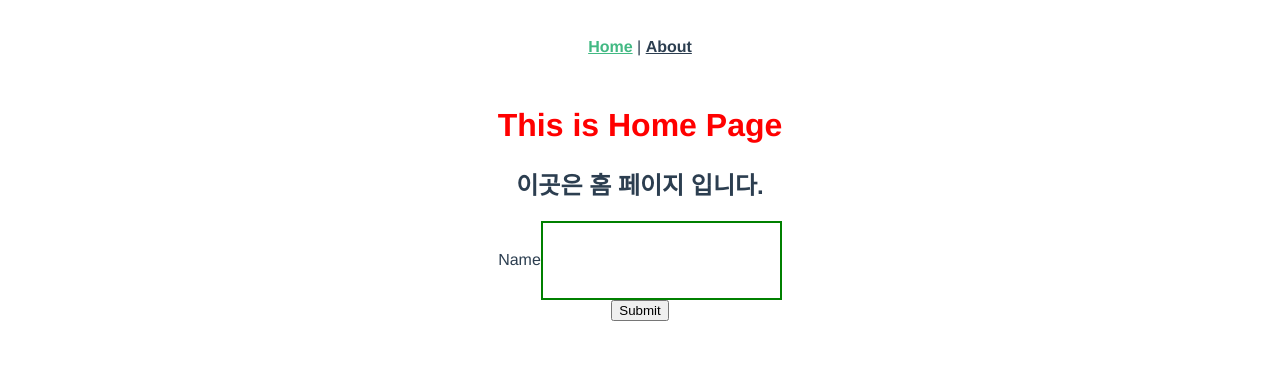
Repository: RyuGeunHwan/code_J
Page: / (app in vue-emit/)
An editor plug-in stored every save of this project. The page is shown before and after the next save, followed by the edit.
The browser window is 1280 px wide. The pictures show the whole page.
The project was rebuilt for these pictures with package versions that can differ from the ones it lists, and the page was loaded fresh each time.

Above is the page before, as saved 2022-08-12 09:41:43.

### vue-emit/src/views/Home.vue
<!-- template태그 : HTML이 들어가는 구역  -->
<template>
  <div>
    <h1>This is Home Page</h1>
    <h2>이곳은 홈 페이지 입니다.</h2>
    <form action="">
      <InputField :name="name"/>
        <button>Submit</button>
    </form>
    {{name}}
  </div>
</template>

<!-- script태그 : 옵션,데이터,computed,watch 등이 들어가는 구역 -->
<script>
import InputField from '@/components/InputField.vue'

export default {
  components:{
    InputField
  },
  data(){
    return{
      name : ''
    }
  }
}
</script>


<!-- style : CSS코드 -->
<!-- scoped를 넣어줘야 위에보이는 template의 html태그에 적용이 된다. scoped를 않넣으면 vue어플리케이션 전체에 적용이 된다.-->
<style scoped>
h1{
  color : red
}
</style>

### vue-emit/src/components/InputField.vue
<template>
    <div>
        <label for="">Name</label>
        <input
        type="text"
        :value="name"
        style="padding: 30px; border:2px solid green"><br>
    </div>
</template>

<script>
export default {
    props:{
        name:{
            type: String,
            required: true
        }
    }

}
</script>

<style scoped>

</style>

Loaded but not shown: vue-emit/public/index.html (common file); vue-emit/src/main.js (common file); vue-emit/src/App.vue (common file); vue-emit/src/router/index.js (common file); vue-emit/src/store/index.js (common file)

After the next save:
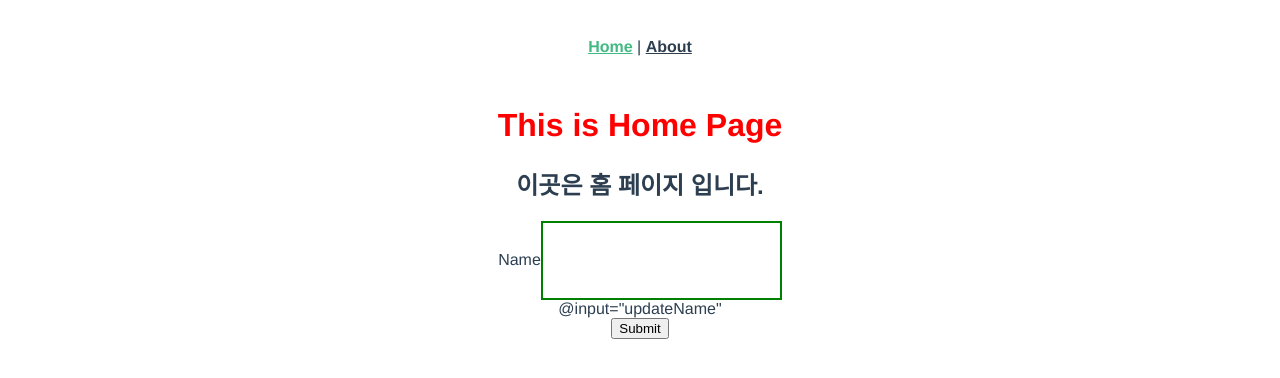
Saved 76 s later.
--- a/vue-emit/src/components/InputField.vue
+++ b/vue-emit/src/components/InputField.vue
@@ -5,6 +5,7 @@
         type="text"
         :value="name"
         style="padding: 30px; border:2px solid green"><br>
+        @input="updateName"
     </div>
 </template>
 
@@ -15,6 +16,11 @@
             type: String,
             required: true
         }
+    },
+    methods:{
+        updateName(e){
+            console.log(e.target.value)
+        }
     }
 
 }

After the save that followed:
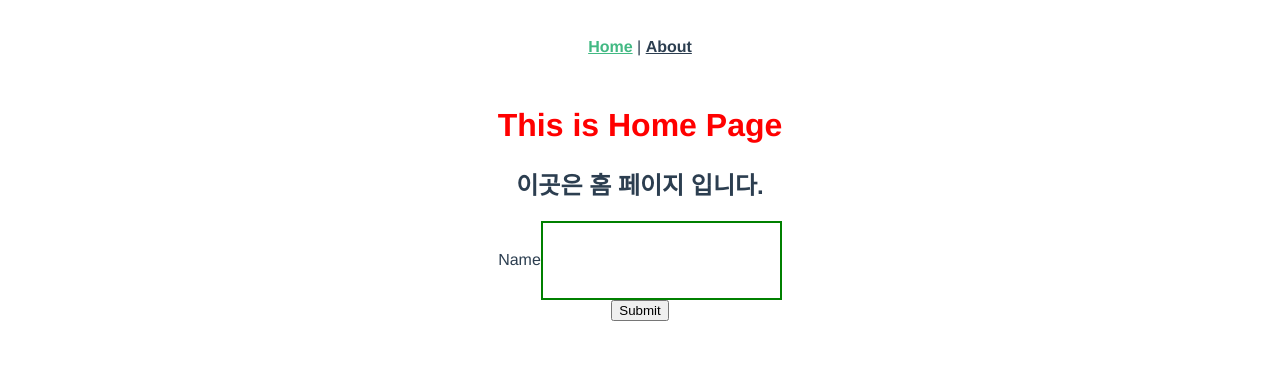
Saved 73 s later.
--- a/vue-emit/src/components/InputField.vue
+++ b/vue-emit/src/components/InputField.vue
@@ -4,8 +4,9 @@
         <input
         type="text"
         :value="name"
-        style="padding: 30px; border:2px solid green"><br>
+        style="padding: 30px; border:2px solid green"
         @input="updateName"
+        ><br>
     </div>
 </template>
 
